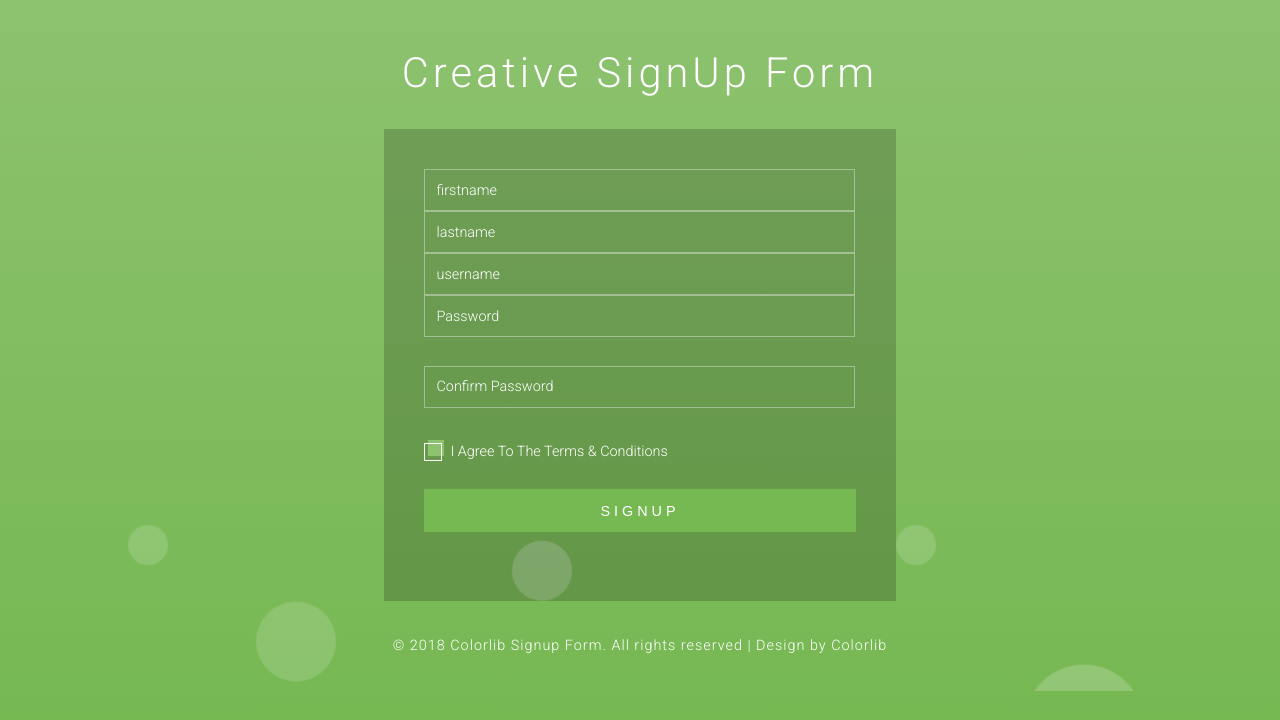
Repository: sagnik938/JSP-JSTL-and-Hibernate
Page: EmpRegForm/src/main/webapp/index.html
The author's editor kept a copy of each file at every save. The page is drawn from the files as they stood at one save, then again after the next save.
The browser window is 1280 px wide. The pictures show the whole page.

Above is the page before, as saved 2023-02-09 06:32:20.

After the next save:
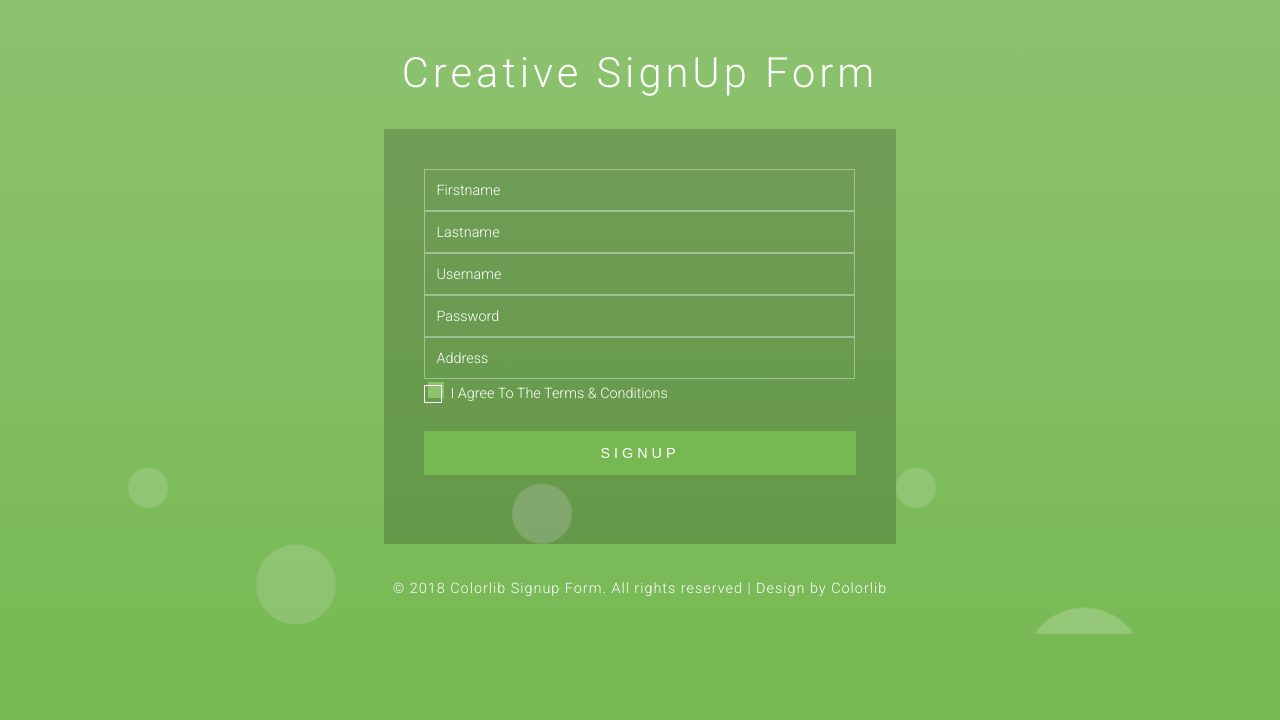
Saved 99 s later.
--- a/EmpRegForm/src/main/webapp/index.html
+++ b/EmpRegForm/src/main/webapp/index.html
@@ -19,11 +19,11 @@
     <div class="main-agileinfo">
       <div class="agileits-top">
         <form action="#" method="post">
-          <input class="text" type="text" name="firstname" placeholder="firstname" required="">
-          <input class="text" type="text" name="lasttname" placeholder="lastname" required="">
-          <input class="text" type="text" name="username" placeholder="username" required="">
+          <input class="text" type="text" name="firstname" placeholder="Firstname" required="">
+          <input class="text" type="text" name="lasttname" placeholder="Lastname" required="">
+          <input class="text" type="text" name="username" placeholder="Username" required="">
           <input class="text" type="password" name="password" placeholder="Password" required="">
-          <input class="text w3lpass" type="password" name="password" placeholder="Confirm Password" required="">
+          <input class="text" type="text" name="address" placeholder="Address" required="">
           <div class="wthree-text">
             <label class="anim">
               <input type="checkbox" class="checkbox">
